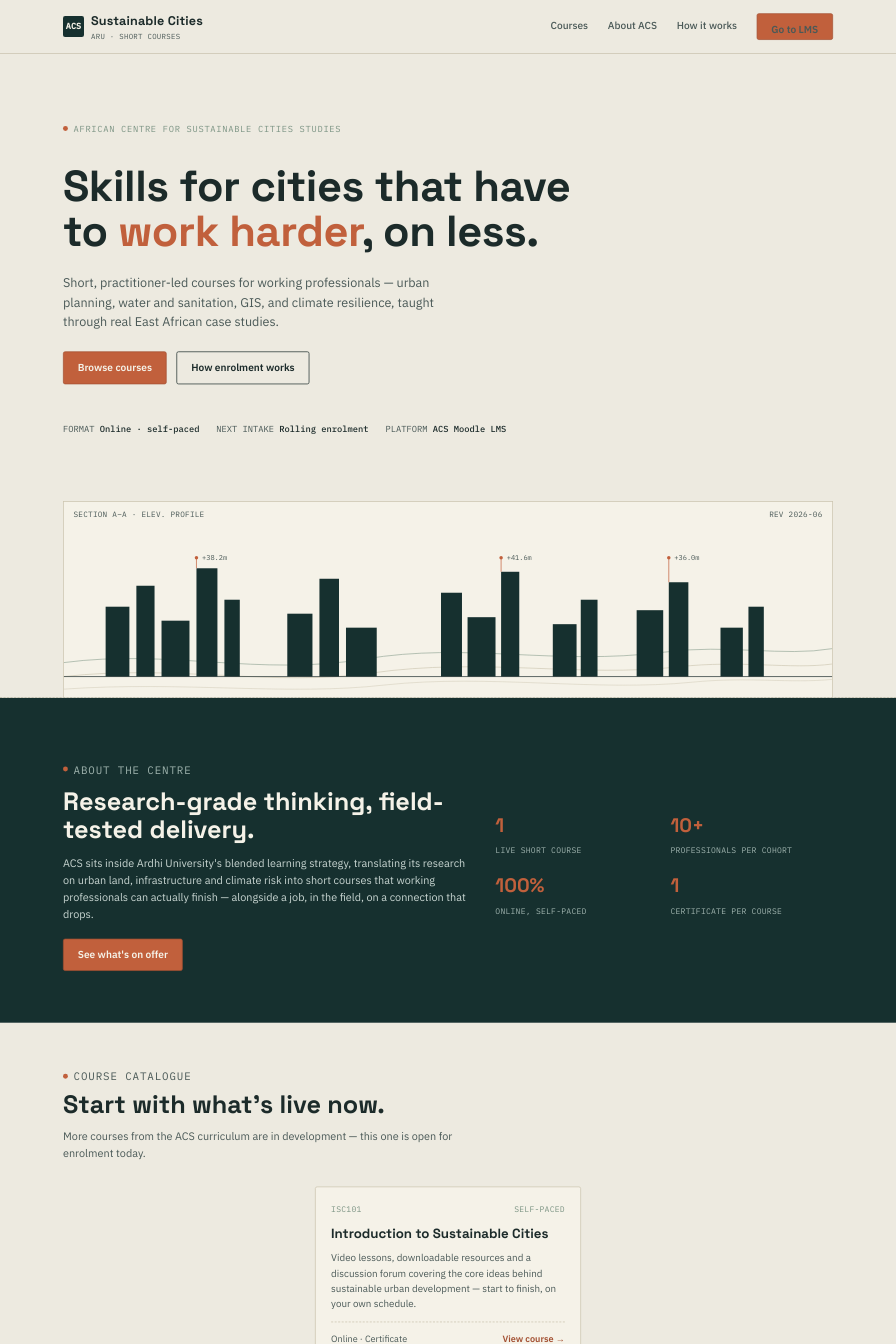
Repository: stephanmbuya6-cyber/ACS-LMS-Project
Page: index.html
An editor plug-in stored every save of this project. The page is shown before and after the next save, followed by the edit.
The browser window is 1280 px wide. The pictures show the part of the page from y = 0 to 1920 px (the page is 3225 px tall), at 70% of full size.

Above is the page before, as saved 2026-06-23 14:33:49.

After the next save:
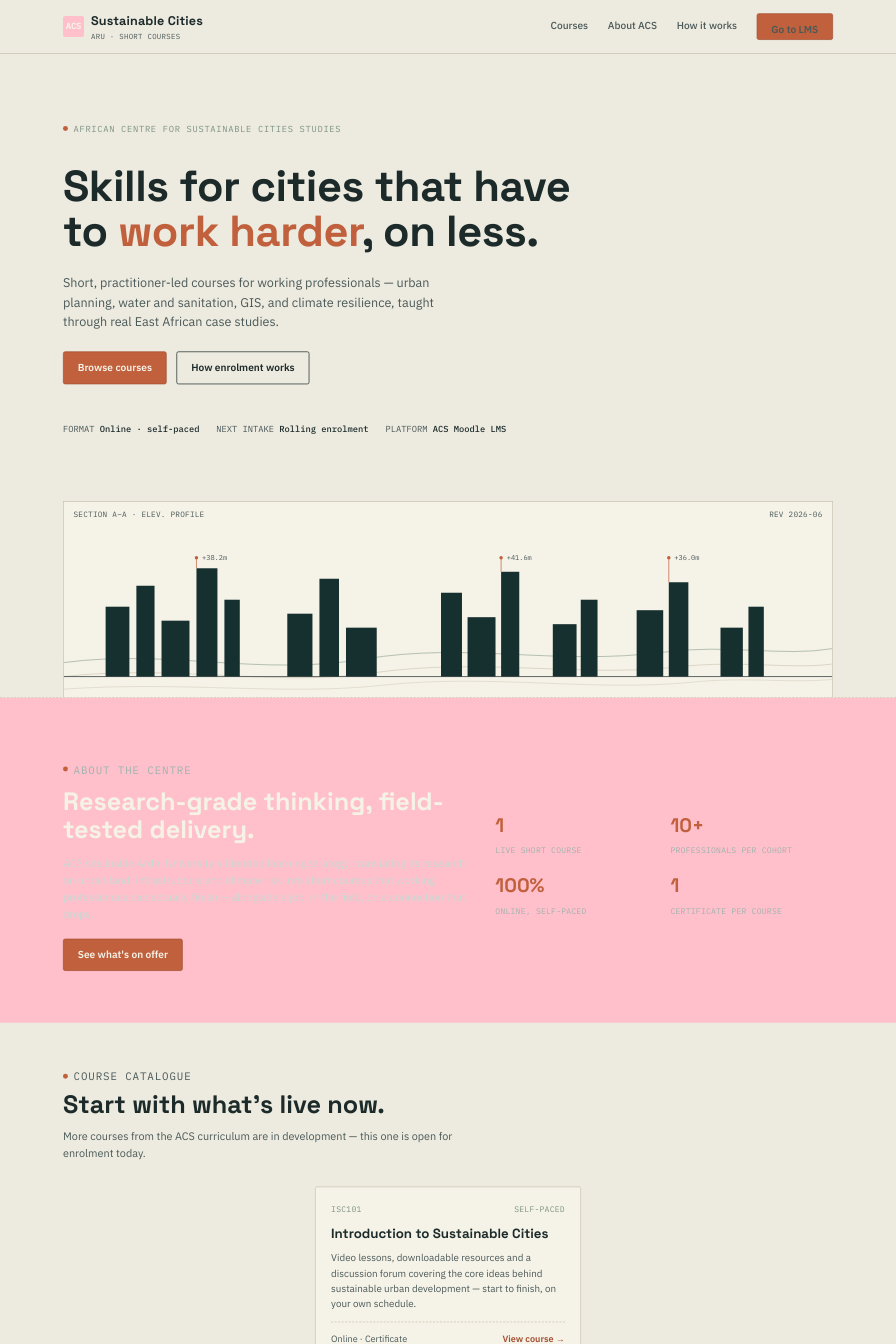
Saved 55 s later.
--- a/index.html
+++ b/index.html
@@ -10,7 +10,7 @@
 <style>
   :root{
     --bg:#EDEAE0;
-    --bg-deep:#16302F;
+    --bg-deep:pink;
     --ink:#1C2B2A;
     --ink-soft:#4A5957;
     --clay:#C1603C;
